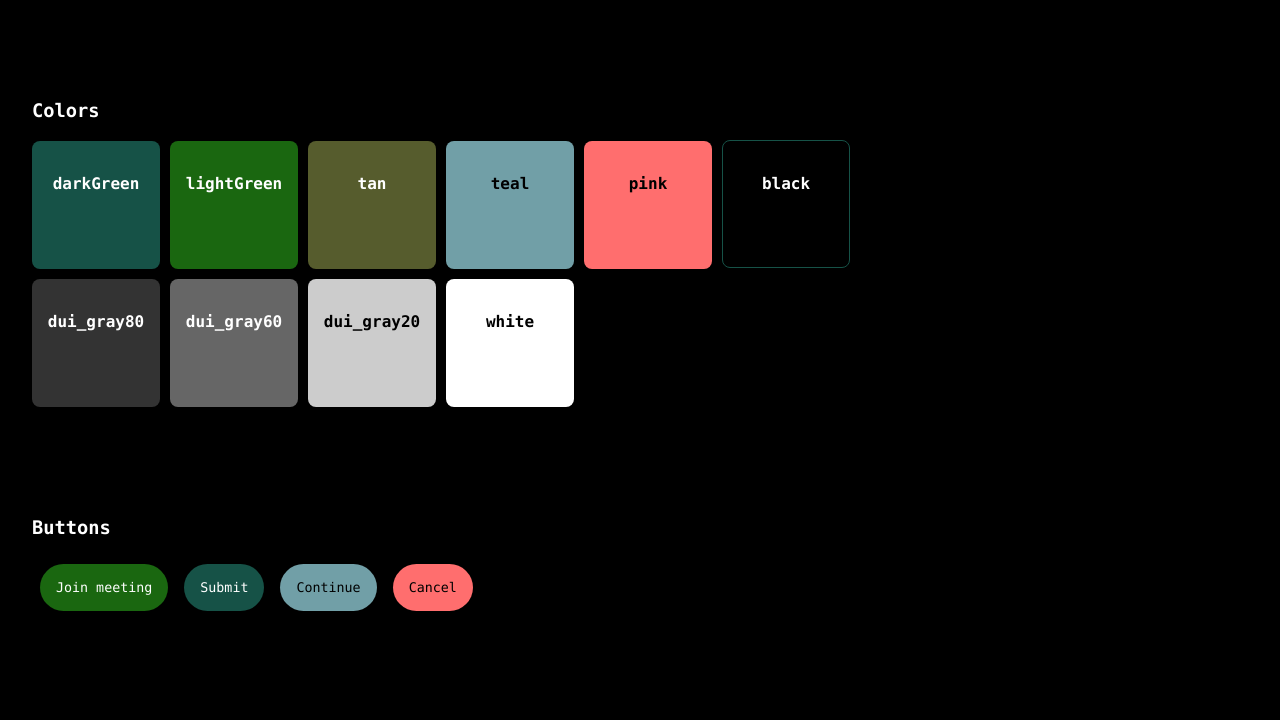
Repository: kttalley/designing-with-data_react-class
Page: / (app in lesson6_design-system-component-extension/)
These files come from the project's save history. The page is drawn as it stood at one moment and after the next save; the edit follows.
The browser window is 1280 px wide. The pictures show the whole page.
The project was rebuilt for these pictures with package versions that can differ from the ones it lists, and the page was loaded fresh each time. Imported but missing from the stored project, and not drawn on this page: lesson6_design-system-component-extension/src/Rhubarb/Input.

Above is the page before, as saved 2023-08-30 15:11:15.

### lesson6_design-system-component-extension/src/App.js
import React, { Component } from 'react';
import { DocsSection, DocsColorBox, DocsModalContainer, DocsCodeBlock } from './Docs';
import {
  GlobalStyle,
  Btn
} from './Rhubarb';

class App extends Component {
  render() {
    return (
      <div>
        <GlobalStyle />
        <DocsSection>
          <h3>Colors</h3>
          <DocsColorBox color="darkGreen">darkGreen</DocsColorBox>
          <DocsColorBox color="lightGreen">lightGreen</DocsColorBox>
          <DocsColorBox color="tan">tan</DocsColorBox>
          <DocsColorBox color="teal">teal</DocsColorBox>
          <DocsColorBox color="pink">pink</DocsColorBox>
          <DocsColorBox color="black">black</DocsColorBox>
          <DocsColorBox color="dui_gray80">dui_gray80</DocsColorBox>
          <DocsColorBox color="dui_gray60">dui_gray60</DocsColorBox>
          <DocsColorBox color="dui_gray20">dui_gray20</DocsColorBox>
          <DocsColorBox color="white">white</DocsColorBox>
        </DocsSection>

        <DocsSection>
          <h3>Buttons</h3>
          <Btn color="lightGreen">Join meeting</Btn>
          <Btn color="darkGreen">Submit</Btn>
          <Btn color="teal">Continue</Btn>
          <Btn color="pink">Cancel</Btn>

        </DocsSection>
      </div>
    );
  }
}

export default App;

### lesson6_design-system-component-extension/src/Docs/index.js
import styled from 'styled-components';
import {color, space, isDarkBackground, fontSize} from '../Rhubarb';

export const DocsColorBox = styled.div`
background-color: ${ props => color[props.color] ? color[props.color] : color.black };
  color: ${props => isDarkBackground(props.color) ? color.black : color.white};
  height: ${space[6] + 'px'};
  width: ${space[6] + 'px'};
  padding-top: 33px;
  text-align: center;
  font-weight: bold;
  display: inline-block;
  margin-right: 10px;
  margin-bottom: 10px;
  border-radius: 8px;
  border: ${props => props.color === "black" ? '1px solid' + color.darkGreen : 'none'}
`;

export const DocsSection = styled.section`
  margin: 100px 32px;
  max-width: 832px;
`;

export const DocsModalContainer = styled.section`
  position: relative;
  height: 300px;
  border-radius: 3px;
  background: ${color.dui_gray80}
`;

export const DocsCodeBlock = styled.code`
  border: 1px solid ${color.dui_gray80};
  color: ${color.dui_gray60}
  border-radius: 8px;
  display: block;
  font-family: consolas, monospace;
  line-height: 1.3;
  padding: ${space[1] + 'px'};
  white-space: pre-line;
  font-size: ${fontSize[1]};
  margin-top: ${space[3] + 'px'};
  transition: 0.15s color ease;

  &::selection {
    color: ${color.black};
    background-color: ${color.pink};
  }

  &:hover {
    color: ${color.white};
  }


`;

### lesson6_design-system-component-extension/src/Rhubarb/index.js
//this file indexes all Rhubarb components for export

import { createGlobalStyle } from "styled-components";

export const GlobalStyle = createGlobalStyle`
  * {
    box-sizing: border-box;
  }

  body {
    margin: 0;
    padding: 0;
    font-family: menlo, sans-serif;
    background-color: black;
    color: white;
  }
`;


export * from './Button';
export * from './Input';
export * from './Utils';

### lesson6_design-system-component-extension/src/Rhubarb/Button.js
import { color, space, isDarkBackground} from './Utils';
import styled from 'styled-components';
export const Btn = styled.button`
  background-color: ${ props => color[props.color] ? color[props.color] : color.black };
  color: ${props => isDarkBackground(props.color) ? color.black : color.white};
  border-radius: ${space[6] + 'px'};
  padding: ${space[3] + 'px'};
  margin: ${space[2] + 'px'};
  font-family: menlo;
  font-weight:
  font-size: ${space[3] + 'px'};
  border: none;

  &:hover {
    filter: brightness(1.2);
  }

`;

### lesson6_design-system-component-extension/src/Rhubarb/Utils.js
export const color = {

  //core colors
  darkGreen: '#165247',
  tan: '#565C2D',
  lightGreen: '#1A6710',
  teal: '#719FA7',
  pink: '#FF6E6E',

  //grayscale - needs lui
  black: '#000000',
  dui_gray80: '#FFFFFF33',
  dui_gray60: '#FFFFFF66',
  dui_gray40: '##FFFFFF44',
  dui_gray20: '#FFFFFFCC',
  white: '#FFFFFF',
  // solid grays, no opacity,
  //for sake of utility function below
  gray1: '#606060',
  gray2: '#313131',
  gray3: '#181818'

}

export const space = [
  0,
  2,
  8,
  16,
  32,
  64,
  128,
  256,
  512
];

export const fontSize = [
  '14px',
  '16px',
  '20px',
  '24px',
  '32px',
  '64px'
];


export const isDarkBackground = function(color) {
  if (color) {
    if (color.includes('dui_gray20') || color.includes('teal') || color.includes('pink') || color.includes('white')) {
      return true;
    } else {
      return false;
    }
  }
}

Loaded but not shown: lesson6_design-system-component-extension/public/index.html (common file); lesson6_design-system-component-extension/src/index.js (common file); lesson6_design-system-component-extension/src/index.css (common file); lesson6_design-system-component-extension/src/reportWebVitals.js (common file)

After the next save:
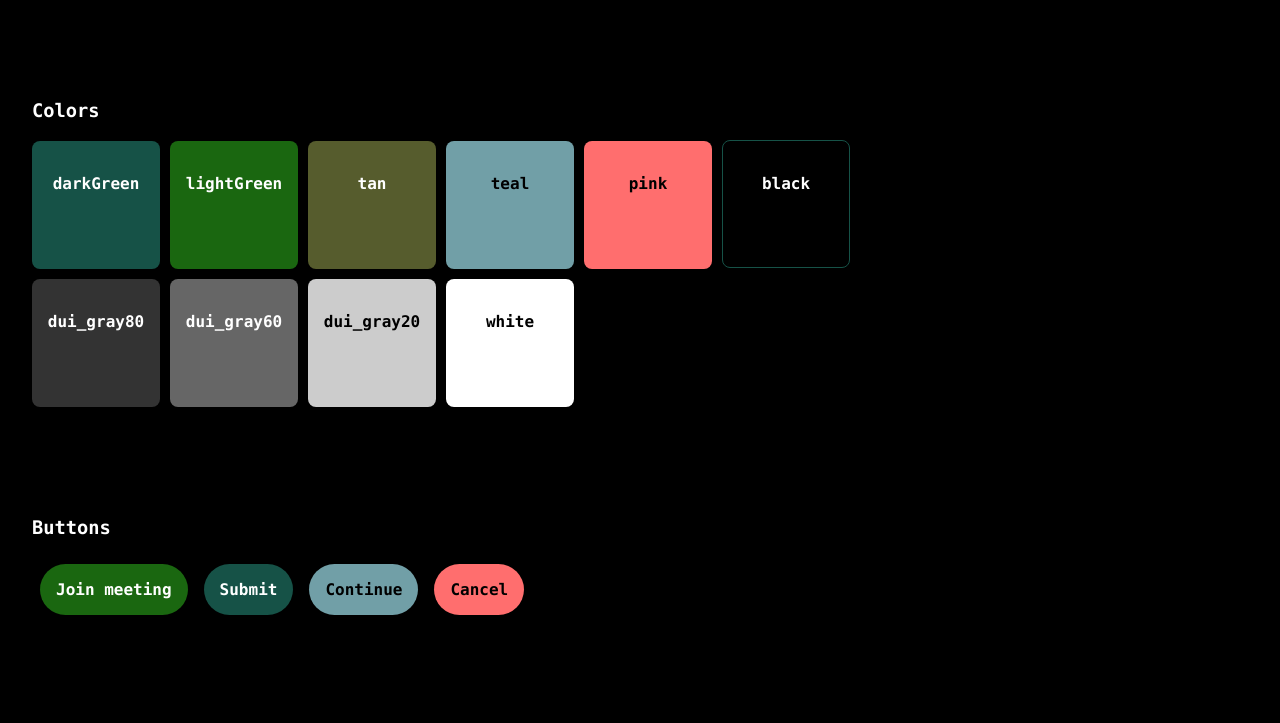
Saved 18 s later.
--- a/lesson6_design-system-component-extension/src/Rhubarb/Button.js
+++ b/lesson6_design-system-component-extension/src/Rhubarb/Button.js
@@ -7,7 +7,7 @@ export const Btn = styled.button`
   padding: ${space[3] + 'px'};
   margin: ${space[2] + 'px'};
   font-family: menlo;
-  font-weight:
+  font-weight: bold;
   font-size: ${space[3] + 'px'};
   border: none;
 
